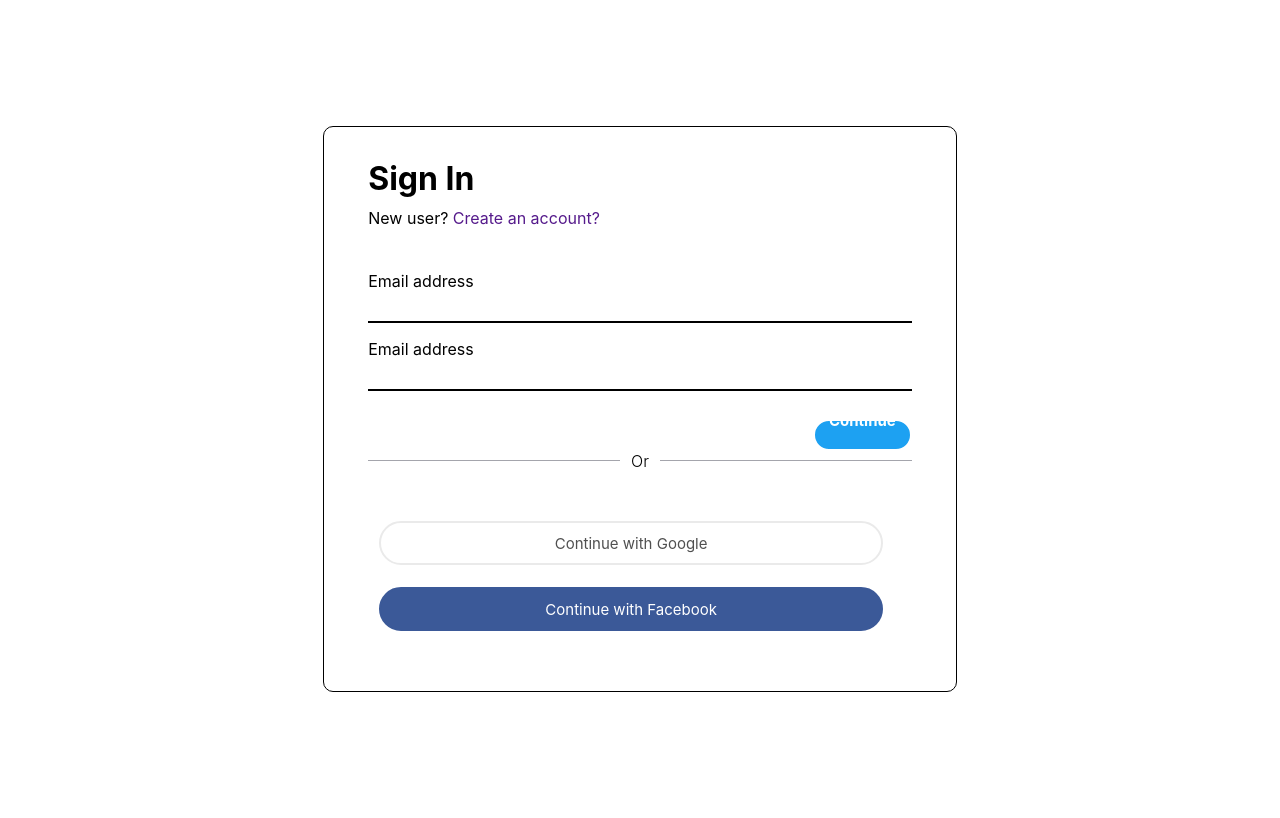
Repository: thangluu93/WereWolf
Page: Template/signIn.html
These files come from the project's save history. The page is drawn as it stood at one moment and after the next save; the edit follows.
The browser window is 1280 px wide. The pictures show the whole page.

Above is the page before, as saved 2020-01-13 14:28:06.

After the next save:
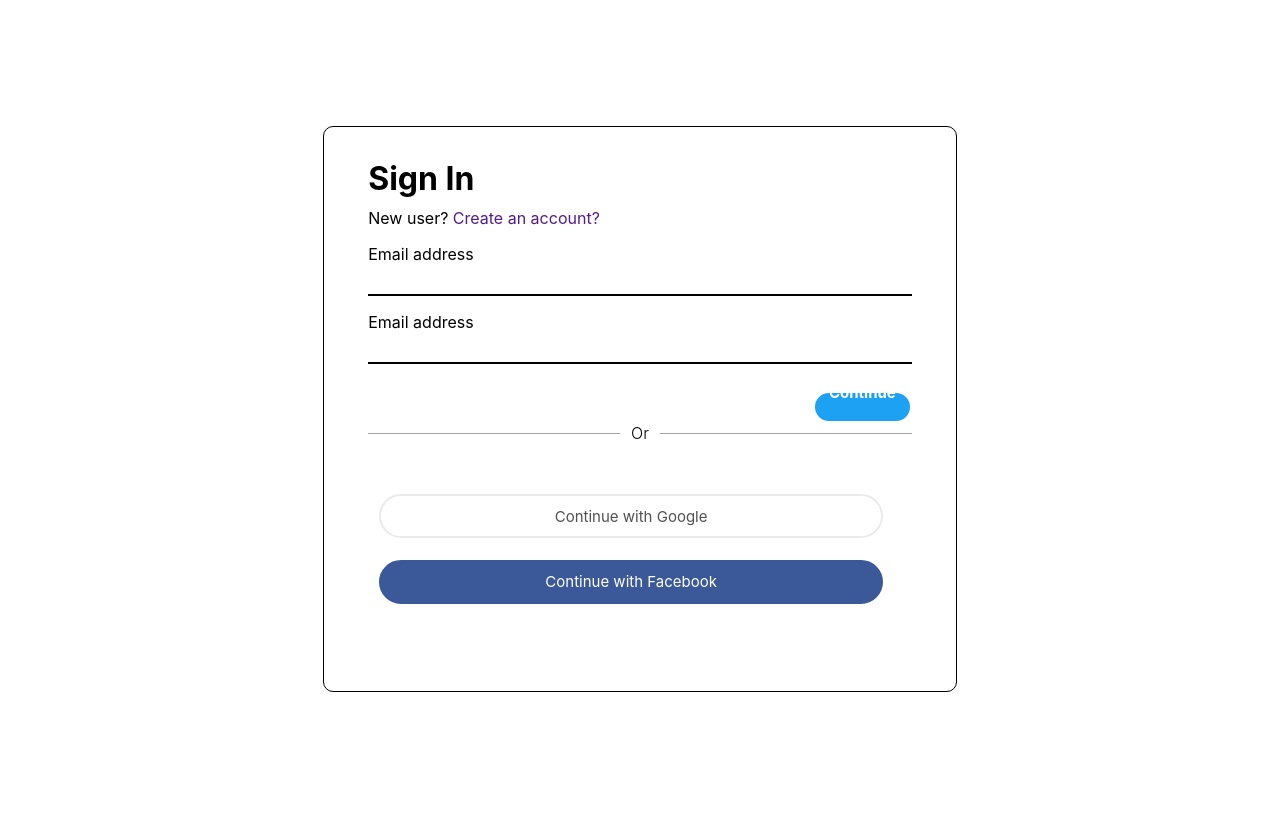
Saved 2 min 17 s later.
--- a/Stylesheet/signInStyle.css
+++ b/Stylesheet/signInStyle.css
@@ -102,7 +102,7 @@ a{
 }
 
 .fieldContainer{
-    margin: 8% 0 5% 0;
+    margin: 0 0 5% 0;
 }
 
 .emailContinueBtn{
@@ -182,3 +182,7 @@ a{
     z-index: -2;
     content: '';
 }
+
+.fieldLayout{
+    margin: 8% 0 0 15%;
+}
